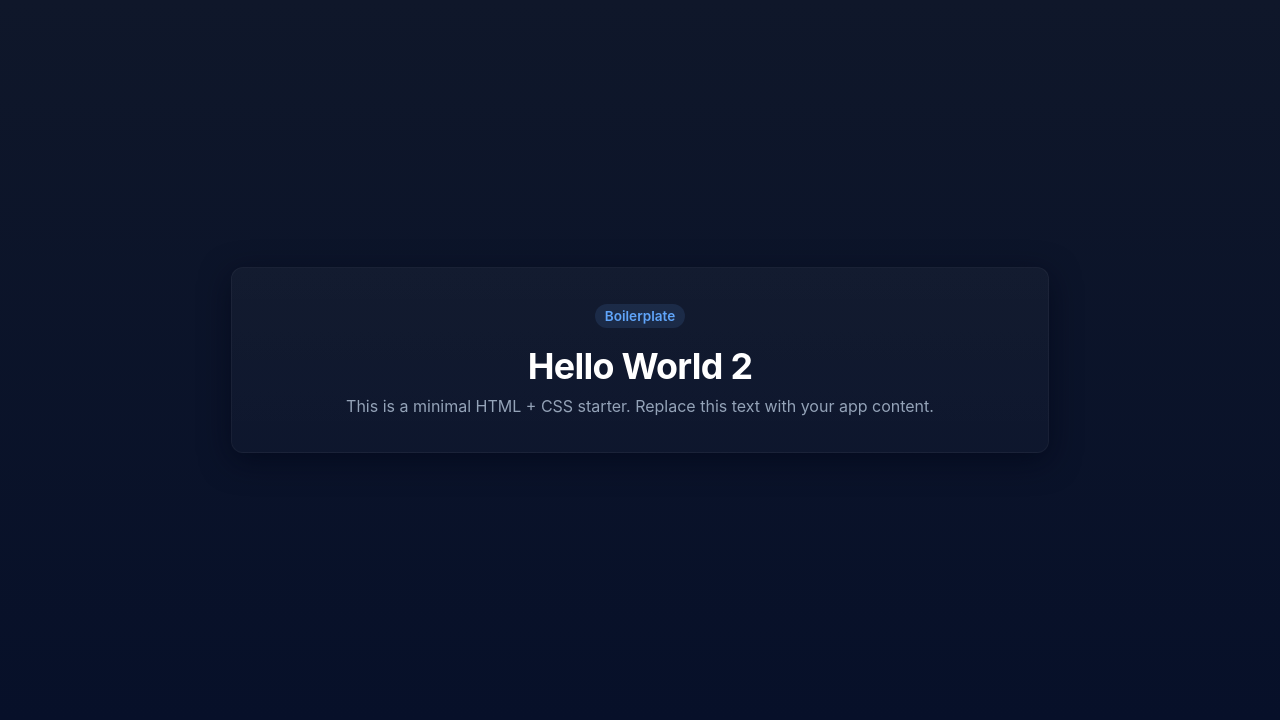
Repository: k10sj02/task-master-flex
Page: http://localhost/
An editor plug-in stored every save of this project. The page is shown before and after a run of saves, followed by the edit.
The browser window is 1280 px wide. The pictures show the whole page.
The page is served by the project's application, run on Flask 3 (app.py).

Above is the page before, as saved 2025-11-13 17:05:47.

After the next 4 saves:
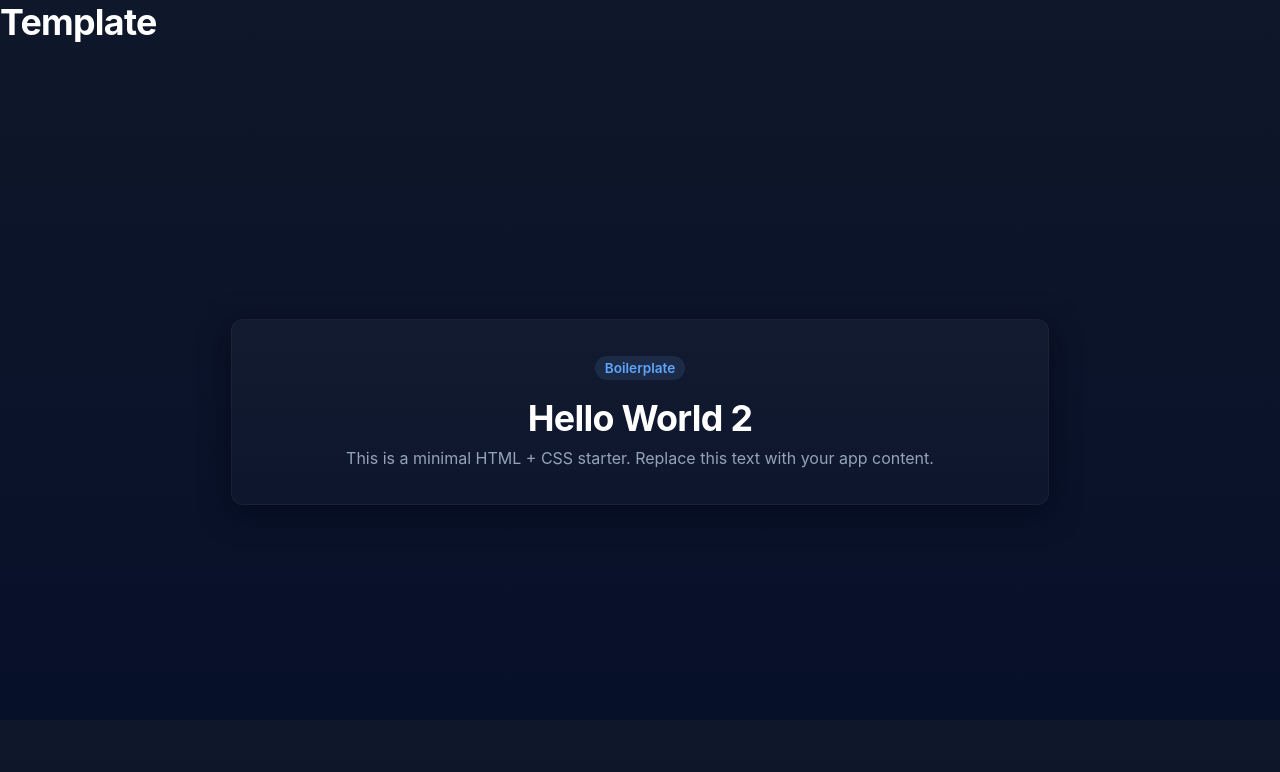
The 4 saves are shown as one change because 3 did not build or start.
The last was saved 3 min 5 s later.
--- a/templates/index.html
+++ b/templates/index.html
@@ -1,85 +1,9 @@
-<!doctype html>
-<html lang="en">
-<head>
-  <meta charset="utf-8" />
-  <meta name="viewport" content="width=device-width, initial-scale=1" />
-  <title>Hello World 2</title>
-  <style>
-    /* Simple, clean boilerplate styling */
-    :root{
-      --bg: #0f172a; /* dark navy */
-      --card: #0b1220;
-      --accent: #60a5fa; /* soft blue */
-      --muted: #94a3b8;
-      --white: #ffffff;
-      font-family: Inter, system-ui, -apple-system, "Segoe UI", Roboto, "Helvetica Neue", Arial;
-    }
+{% extends 'base.html' %}
 
-    html,body{
-      height:100%;
-      margin:0;
-      background: linear-gradient(180deg, var(--bg) 0%, #071029 100%);
-      color:var(--white);
-      -webkit-font-smoothing:antialiased;
-      -moz-osx-font-smoothing:grayscale;
-    }
+{% block head %}
+<h1>Template</h1>
+{% endblock %}
 
-    .wrap{
-      min-height:100%;
-      display:flex;
-      align-items:center;
-      justify-content:center;
-      padding:2rem;
-      box-sizing:border-box;
-    }
+{% block body %}
 
-    .card{
-      background: linear-gradient(180deg, rgba(255,255,255,0.03), rgba(255,255,255,0.02));
-      border:1px solid rgba(255,255,255,0.04);
-      padding:2.25rem 3rem;
-      border-radius:12px;
-      box-shadow: 0 8px 30px rgba(2,6,23,0.6);
-      text-align:center;
-      max-width:720px;
-      width:100%;
-    }
-
-    h1{
-      margin:0 0 0.5rem 0;
-      font-size:clamp(1.5rem, 2.8vw, 2.25rem);
-      letter-spacing:-0.02em;
-    }
-
-    p.lead{
-      margin:0;
-      color:var(--muted);
-      font-size:1rem;
-    }
-
-    .badge{
-      display:inline-block;
-      margin-bottom:1rem;
-      background:rgba(96,165,250,0.12);
-      color:var(--accent);
-      border-radius:999px;
-      padding:0.25rem 0.6rem;
-      font-weight:600;
-      font-size:0.85rem;
-    }
-
-    /* small responsive niceties */
-    @media (max-width:420px){
-      .card{padding:1.25rem}
-    }
-  </style>
-</head>
-<body>
-  <main class="wrap">
-    <section class="card">
-      <div class="badge">Boilerplate</div>
-      <h1>Hello World 2</h1>
-      <p class="lead">This is a minimal HTML + CSS starter. Replace this text with your app content.</p>
-    </section>
-  </main>
-</body>
-</html>
+{% endblock %}
